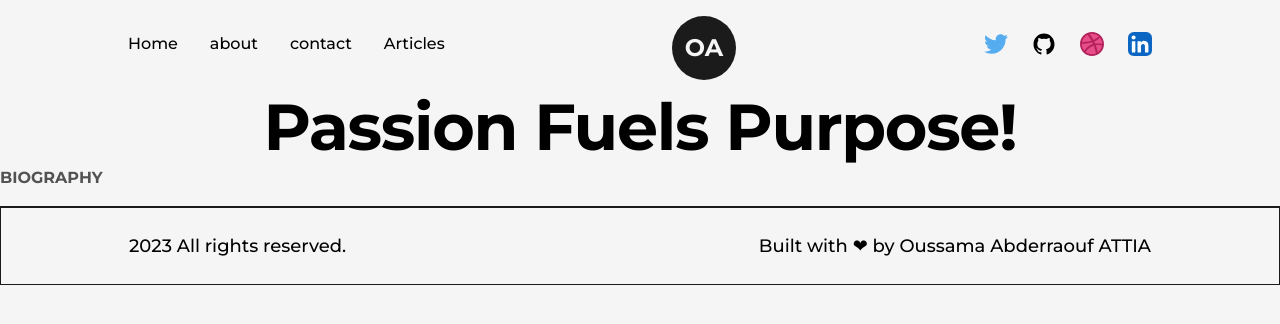
Repository: OussamaAbderraoufAttia/Next.js-Developer-Portfolio
Page: /About
An editor plug-in stored every save of this project. The page is shown before and after the next save, followed by the edit.
The browser window is 1280 px wide. The pictures show the whole page.
The project was rebuilt for these pictures with package versions that can differ from the ones it lists, and the page was loaded fresh each time. The framework's server and built-in components were replaced by stand-ins that run in the browser. Also part of the build but not shown: next.config.js, src/components/AnimatedText.js.

Above is the page before, as saved 2023-06-27 16:47:24.

### src/pages/_app.js
import Footer from '@/components/Footer'
import NavBar from '@/components/NavBar'
import '@/styles/globals.css'
import { Montserrat } from 'next/font/google'
import Head from 'next/head'


const montserrat = Montserrat({
  subsets: ['latin'],
  variable: "--font-mont"
})
export default function App({ Component, pageProps }) {
  return (
    <>
    <Head>
      <meta name="viewport" content="width=device-width, initial-scale=1" />
      <link rel="icon" href="/favicon.ico" />
    </Head>
    <main className={`${montserrat.variable} font-mont bg-light w-full min-h-screen`}>
      <NavBar />
      <Component {...pageProps} />
      <Footer />
    </main>
    </>
  )
}

### src/pages/About.js
import React from 'react';
import Head from 'next/head';
import AnimatedText from '@/components/AnimatedText';
import Layout from '@/components/Layout';

const about = () => {
  return (
    <>
        <Head>
            <title>OA | About Page</title>
            <meta name='description' content='About Oussama Abderraouf ATTIA' />
        </Head>
        <main className='flex w-full flex-col item-center justify-center'>
            <Layout className='pt-16'>
                <h1 className="text-center" style={{
                    fontSize: '65px',
                    fontWeight: 'bold',
                    lineHeight: '1.2',
                    letterSpacing: '-0.02em',
                }}>
                    Passion Fuels Purpose!
                </h1>
                <div className='grid w-full grid-cols-8 gap-16'>
                    <div className='col-span-3 flex flex-col items-start justify-start '>
                        <h2 className='mb-4 text- font-bold uppercase text-dark/75'>
                            Biography
                        </h2>
                    </div>

                </div>
            </Layout>
        </main>
    </>
  )
}

export default about;

### src/components/Footer.js
import React from 'react';
import Link from 'next/link';
import Layout from './Layout';

const Footer = () => {
  return (
    <div>
      <footer className='w-full border-t-2 border border-solid  border-dark
      font-medium text-lg
      '>
        <Layout className=' py-6 flex items-center justify-between '>
        <span>
            2023 All rights reserved.
        </span>
        <div>
            <p  >
                Built with &#10084; by Oussama Abderraouf ATTIA
             </p>
        </div>

        </Layout>

      </footer>
    </div>
  )
}

export default Footer

### src/components/NavBar.js
import Link from "next/link";
import React from "react";
import { useRouter } from "next/router";
import Logo from "./Logo";
import   { TwitterIcon, DribbbleIcon, GithubIcon, LinkedInIcon, PinterestIcon } from "./Icons";
import { motion } from "framer-motion";

const CustomLink = ({ href, title, className="" }) => {
    const router = useRouter();
    return (
        <Link href={href} className= {`${className} relative group `}>
            {title }
            <span className={`h-[1px] inline-block bg-dark absolute left-0 bottom-0.5 group-hover:w-full
            transiion-[width] ease duration-300 ${router.asPath === href ? "w-full" : "w-0" }
            `}> &nbsp; </span>
        </Link>
    )
}


const NavBar = () => {
    return (
        <header className="w-full px-32 py-8 font-medium flex items-center justify-between">
            <nav>
                <CustomLink href="/"  title="Home" className="mr-4"/>
                <CustomLink href="/about" title="about" className="mx-4"/>
                <CustomLink href="/contact"  title="contact" className="mx-4"/>
                <CustomLink href="/Articles"  title="Articles" className="ml-4"/>
            </nav>

            <nav className="flex item-center justify-center flex-wrap">
                <motion.a href="https://twitter.com/oussamaattia245" target={"_blank"}
                whileHover={{ y:-5  }}
                whileTap={{ scale: 0.9 }}
                className="w-6 mx-3"
                >
                    <TwitterIcon />
                 </motion.a>
                <motion.a href="https://github.com/OussamaAbderraoufAttia" target={"_blank"}
                whileHover={{ y:-5  }} whileTap={{ scale: 0.9 }}
                className="w-6 mx-3"
                > <GithubIcon /> </motion.a>
                <motion.a href="https://dribbble.com/JohnLoyd" target={"_blank"}
                whileHover={{ y:-5  }} whileTap={{ scale: 0.9 }}
                className="w-6 mx-3"
                > <DribbbleIcon /> </motion.a>
                <motion.a href="https://www.linkedin.com/in/oussama-abderraouf-attia-494b32225/" target={"_blank"}
                whileHover={{ y:-5  }} whileTap={{ scale: 0.9 }}
                className="w-6 ml-3"
                > <LinkedInIcon /> </motion.a>

            </nav>
            <div className="absolute left-[50%] top-2    translate-x-[50%]">
                 <Logo />
            </div>
        </header>
    )
}

export default NavBar;

### src/components/Layout.js
import React from 'react';

const Layout = ({ children, className = "" }) => {
  return (
    <div className={`  w-full h-full inline-block z-0 bg-light p-32${className}`}>
      {children}
    </div>
  );
};

export default Layout;

### src/components/Logo.js
import React from "react";
import Link from "next/link";
import { motion } from "framer-motion";



const MotionLink = motion(Link);
const Logo = () => {
  return (
    <div className="flex items-center justify-center mt-2">
      <MotionLink
        href="/"
        className="w-16 h-16 bg-dark text-light flex items-center justify-center rounded-full font-bold text-2xl"
        whileHover={{
            backgroundColor:["#121212", "rgba(131,58,180,1)","rgba(253,29,29,1)","rgba(252,176,69,1)","rgba(131,58,180,1)", "#121212"],
          transition: {
            duration: 1,
            repeat: Infinity,
          },
        }}
      >
        OA
      </MotionLink>
    </div>
  );
};

export default Logo;

### tailwind.config.js
/** @type {import('tailwindcss').Config} */
const {fontFamily} = require('tailwindcss/defaultTheme')

module.exports = {
  content: [
    // Or if using `src` directory:
    "./src/**/*.{js,ts,jsx,tsx,mdx}",
  ],
  theme: {
    extend: {
      fontFamily: {
        mont: ['var(--font-mont)', 'sans-serif'],
      },
        colors: {
          dark: "#1b1b1b",
          light: "#f5f5f5",
          primary: "#B63E96", // 240,86,199
          primaryDark: "#58E6D9", // 80,230,217
      },
      animation: {
        'spin-slow': 'spin 8s linear infinite',
      },
    },
  },
  plugins: [],
}

Loaded but not shown: src/pages/_document.js (common file); src/styles/globals.css (common file); src/components/Icons.js (484 lines, source omitted)

After the next save:
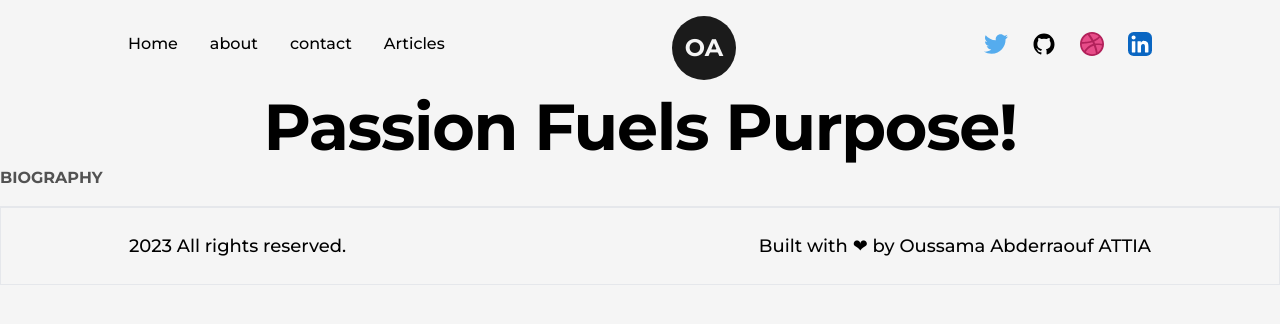
Saved 5 s later.
--- a/src/components/Footer.js
+++ b/src/components/Footer.js
@@ -5,7 +5,7 @@
 const Footer = () => {
   return (
     <div>
-      <footer className='w-full border-t-2 border border-solid  border-dark
+      <footer className='w-full border-t-2 border border-solid
       font-medium text-lg
       '>
         <Layout className=' py-6 flex items-center justify-between '>
